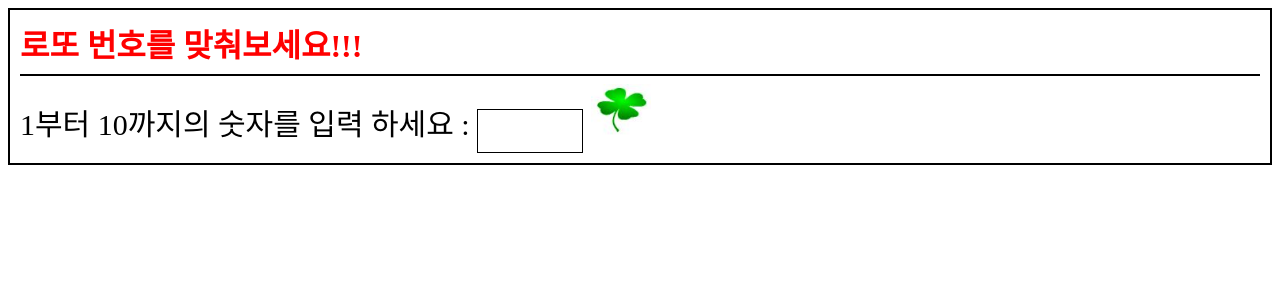
Repository: kdg0109/multicampus_course
Page: web course/workspace_web/edu/WebContent/htmlexam/images/lotto.html
These files come from the project's save history. The page is drawn as it stood at one moment and after the next save; the edit follows.
The browser window is 1280 px wide. The pictures show the whole page.

Above is the page before, as saved 2018-02-02 08:12:14.

### web course/workspace_web/edu/WebContent/htmlexam/images/lotto.html
<!DOCTYPE html>
<html>
<head>
<meta charset="UTF-8">
<title>lotto</title>
<style>
	body {
		border: 2px solid black;
		padding : 10px;
	}
	hr {
		border: 1px solid black;
	}

	#nameid {
		border: 1px solid black;
		height: 40px;
		width: 100px;
	}
	h1 {
		color : red;
		margin: 0px;
		padding: 0px;
	}
	form {
		margin: 0px;
		font-size: 30px;
	}
	#imageid {
		padding: auto;
		width : 60px;

	}
	span {

	}

</style>
</head>
<body>
	<h1>로또 번호를 맞춰보세요!!!</h1>
	<hr>
	<form method="get" action="#">
		1부터 10까지의 숫자를 입력 하세요 : <input type="text" name = "name" id = "nameid" required>
     <input type="image" id = "imageid" src= "images/happy.JPG">
	</form>
</body>
</html>

After the next save:
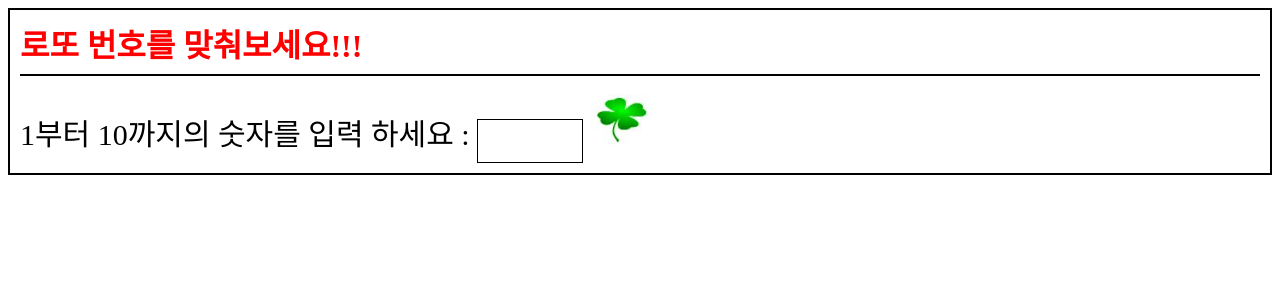
Saved 28 s later.
--- a/web course/workspace_web/edu/WebContent/htmlexam/images/lotto.html
+++ b/web course/workspace_web/edu/WebContent/htmlexam/images/lotto.html
@@ -29,6 +29,7 @@
 	#imageid {
 		padding: auto;
 		width : 60px;
+		margin-top:10px;
 
 	}
 	span {

After the save that followed:
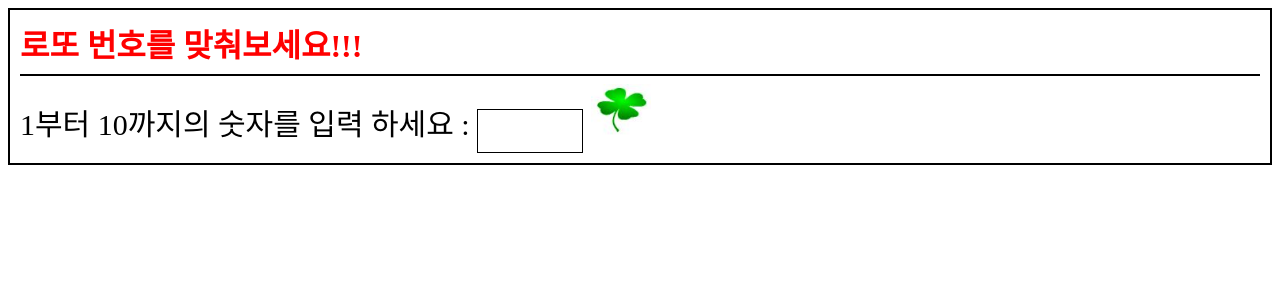
Saved 9 s later.
--- a/web course/workspace_web/edu/WebContent/htmlexam/images/lotto.html
+++ b/web course/workspace_web/edu/WebContent/htmlexam/images/lotto.html
@@ -29,7 +29,6 @@
 	#imageid {
 		padding: auto;
 		width : 60px;
-		margin-top:10px;
 
 	}
 	span {
